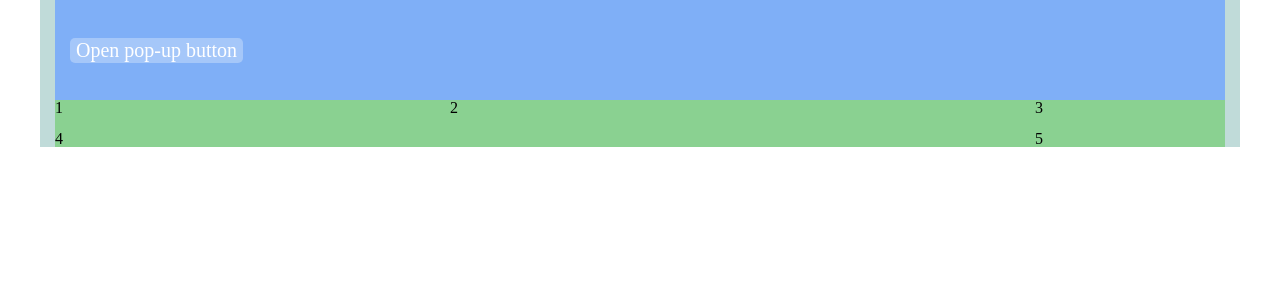
Repository: Evgenius190999999/nodasoft
Page: index.html
An editor plug-in stored every save of this project. The page is shown before and after the next save, followed by the edit.
The browser window is 1280 px wide. The pictures show the whole page.
Some web libraries are served in a nearby version. The style sheet was rebuilt from its Sass, Less or Tailwind sources for each picture, by a compiler version that may differ from the author's.

Above is the page before, as saved 2022-07-08 14:46:03.

### index.html
<!DOCTYPE html>
<html lang="en">

<head>
    <meta charset="UTF-8">
    <meta http-equiv="X-UA-Compatible" content="IE=edge">
    <meta name="viewport" content="width=device-width, initial-scale=1.0">
    <link rel="stylesheet" href="./style/normalize.css">
    <link rel="stylesheet" href="./style/reset.css">
    <link rel="stylesheet" href="./style/style.css">
    <script src="https://kit.fontawesome.com/33ab42410f.js" crossorigin="anonymous"></script>
    <title>Nodasoft</title>
</head>

<body>
    <div class="wrapper ">
        <header class="header container">
            <button class="open__popup">Open pop-up button</button>
        </header>
        <div class="parent container">
            <div class="div1">1</div>
            <div class="div2">2</div>
            <div class="div3">3</div>
            <div class="div4">4</div>
            <div class="div5">5</div>
        </div>
    </div>

</body>

</html>

### style/sass/style.sass

*, *::after, *::before
    box-sizing: border-box

.wrapper
    max-width: 1200px
    margin: 0 auto
    background: #C0DBD9

.header
    display: flex
    align-items: center
    justify-content: flex-start
    padding: 0 15px
    margin-bottom: 15px
    background: #7FAFF7
    height: 100px

.container
    max-width: 1170px
    margin: 0 auto

.open__popup
    background: #A5C7F9
    border-radius: 5px
    border: none
    font-size: 20px
    line-height: 23px
    color: #FFFFFF

.parent
    display: grid
    grid-template-columns: 2fr 3fr 1fr
    grid-template-rows: repeat(2, 1fr)
    grid-column-gap: 15px
    grid-row-gap: 15px
    background: #8AD191

.div1
    grid-area: 1 / 1 / 2 / 2

.div2
    grid-area: 1 / 2 / 2 / 3
.div3
    grid-area: 1 / 3 / 2 / 4
.div4
    grid-area: 2 / 1 / 3 / 3
.div5
    grid-area: 2 / 3 / 3 / 4

Loaded but not shown: style/normalize.css (library); style/reset.css (common file)

After the next save:
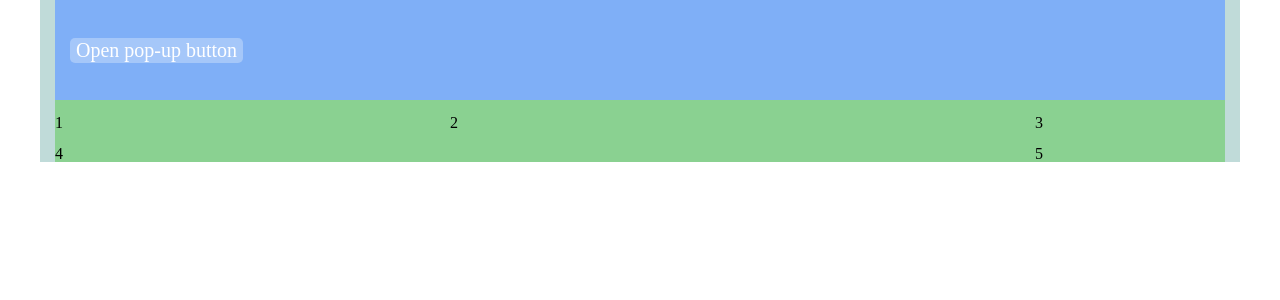
Saved 42 s later.
--- a/style/sass/style.sass
+++ b/style/sass/style.sass
@@ -12,7 +12,6 @@
     align-items: center
     justify-content: flex-start
     padding: 0 15px
-    margin-bottom: 15px
     background: #7FAFF7
     height: 100px
 
@@ -35,6 +34,7 @@
     grid-column-gap: 15px
     grid-row-gap: 15px
     background: #8AD191
+    padding-top: 15px
 
 .div1
     grid-area: 1 / 1 / 2 / 2
